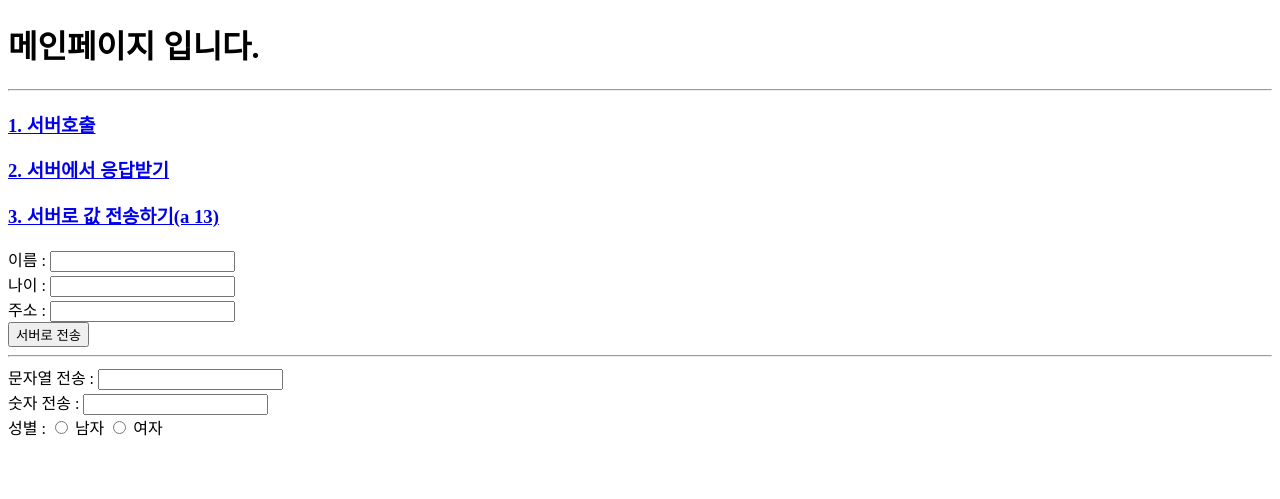
Repository: ParkHyeonju12/servlet
Page: web-workspace/02_noDbProject/src/main/webapp/index.html
An editor plug-in stored every save of this project. The page is shown before and after the next save, followed by the edit.
The browser window is 1280 px wide. The pictures show the whole page.

Above is the page before, as saved 2022-08-29 07:45:29.

After the next save:
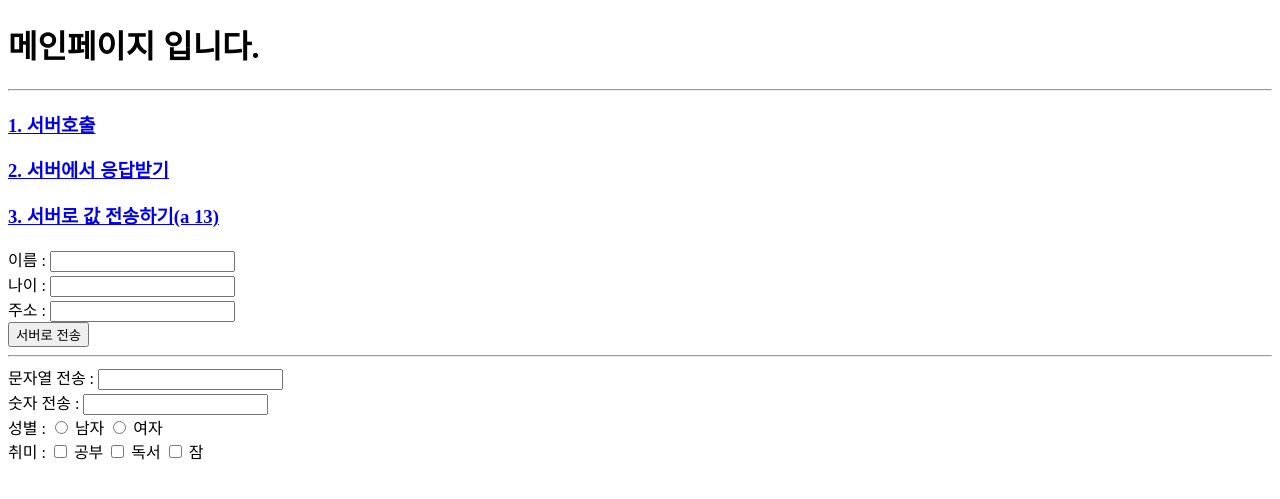
Saved 2 min 54 s later.
--- a/web-workspace/02_noDbProject/src/main/webapp/index.html
+++ b/web-workspace/02_noDbProject/src/main/webapp/index.html
@@ -25,6 +25,16 @@
 			<label for="m">남자</label>
 			<input type="radio" name="gender" value="여" id="f">
 			<label for="f">여자</label>
+			<br>
+			취미 :
+			<input type="checkbox" name="hobby" value="공부" id="study">
+			<label for="study">공부</label>
+			<input type="checkbox" name="hobby" value="독서" id="book">
+			<label for="book">독서</label>
+			<input type="checkbox" name="hobby" value="잠" id="sleep">
+			<label for="sleep">잠</label>
+
+
 	</form>
 </body>
 </html>
